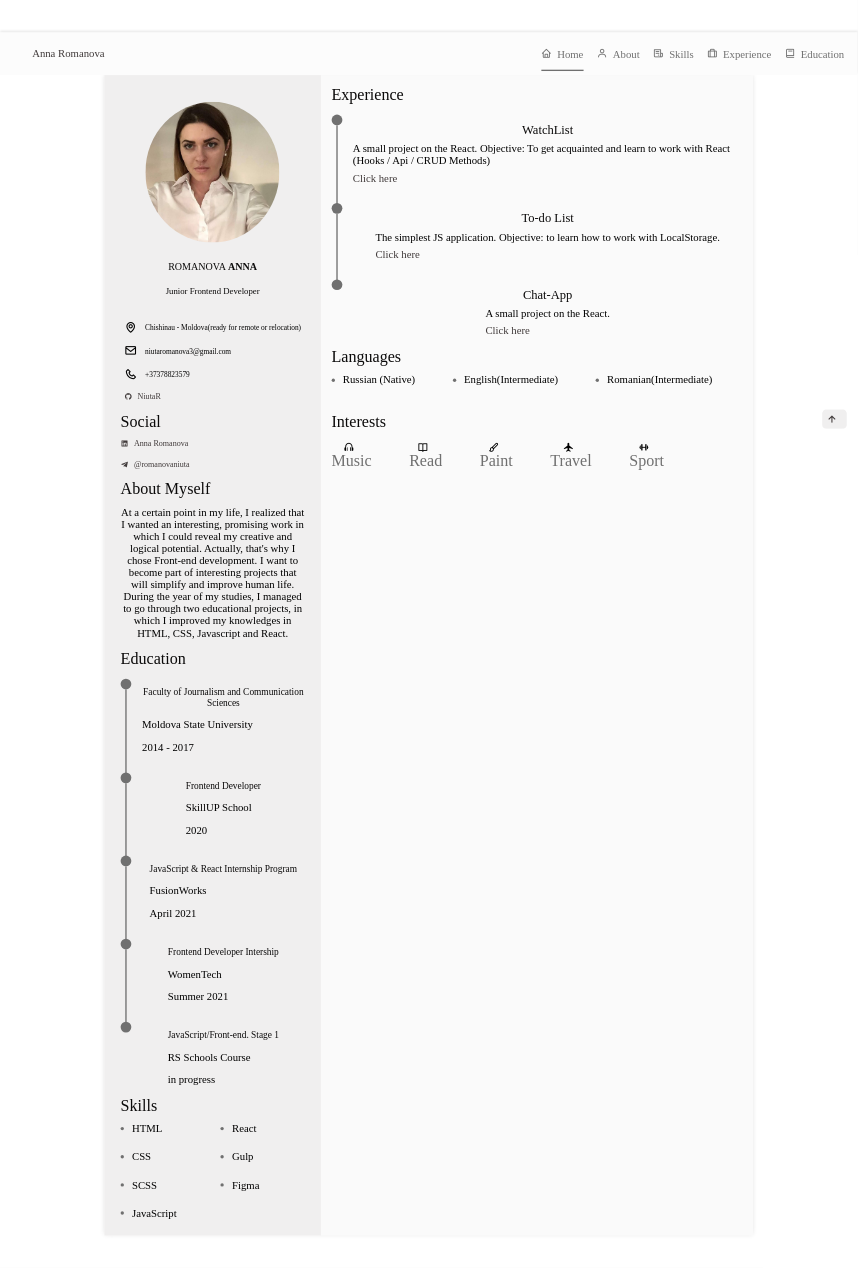
Repository: NiutaR/rsschool-cv
Page: index.html
An editor plug-in stored every save of this project. The page is shown before and after a run of saves, followed by the edit.
The browser window is 1280 px wide. The pictures show the whole page, at 67% of full size.

Above is the page before, as saved 2021-09-19 19:33:45.

After the next 3 saves:
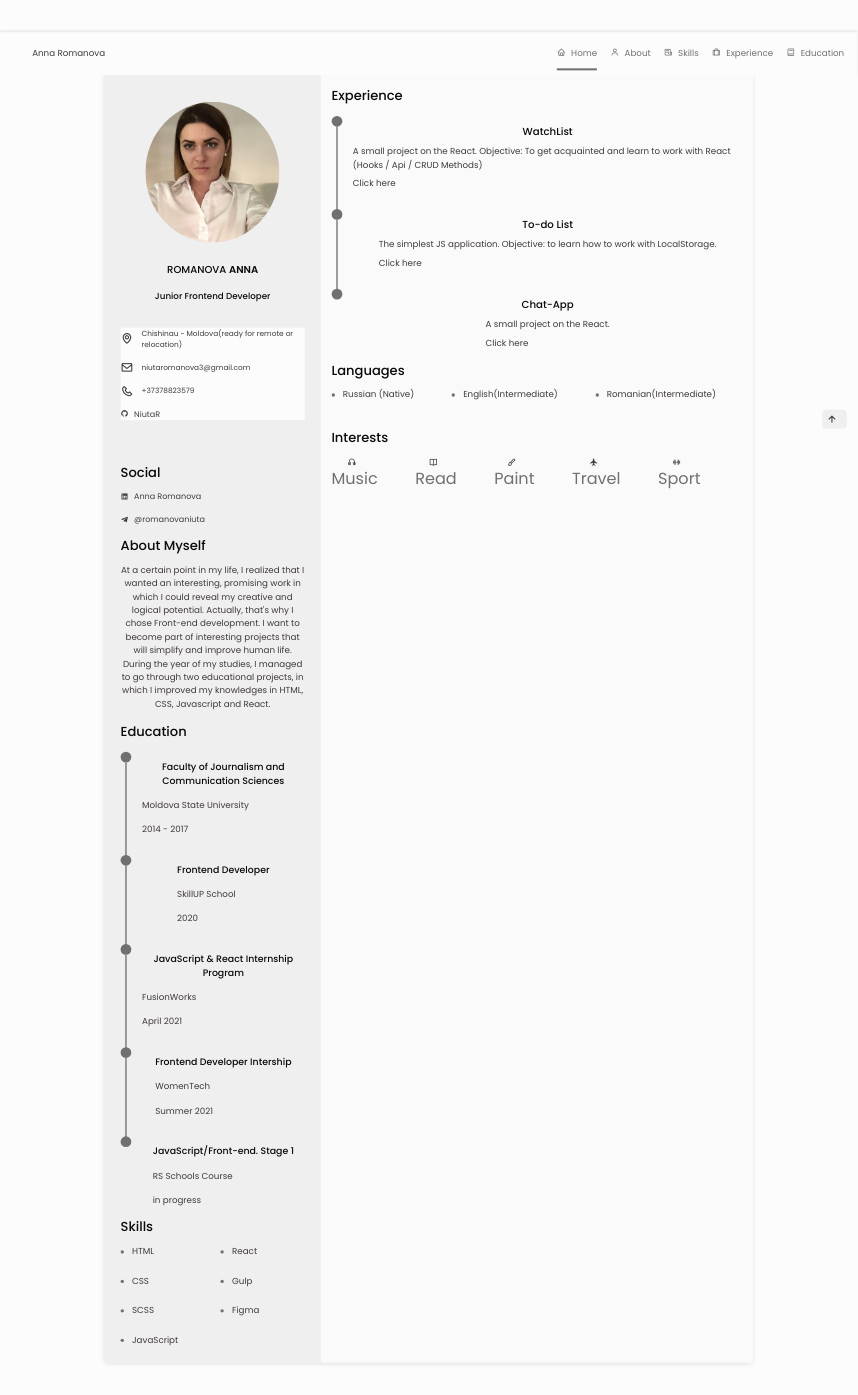
The 3 saves are shown as one change because they came seconds apart.
The last was saved 7 s later.
--- a/src/style.css
+++ b/src/style.css
@@ -77,7 +77,8 @@ body.scale-cv {
 .scale-cv .home__data {
     gap: .25rem;
 }
-.scale-cv .home
+.scale-cv .home__address,
+
 body {
     margin: 0 0 var(--header-height) 0;
     padding: 0;
